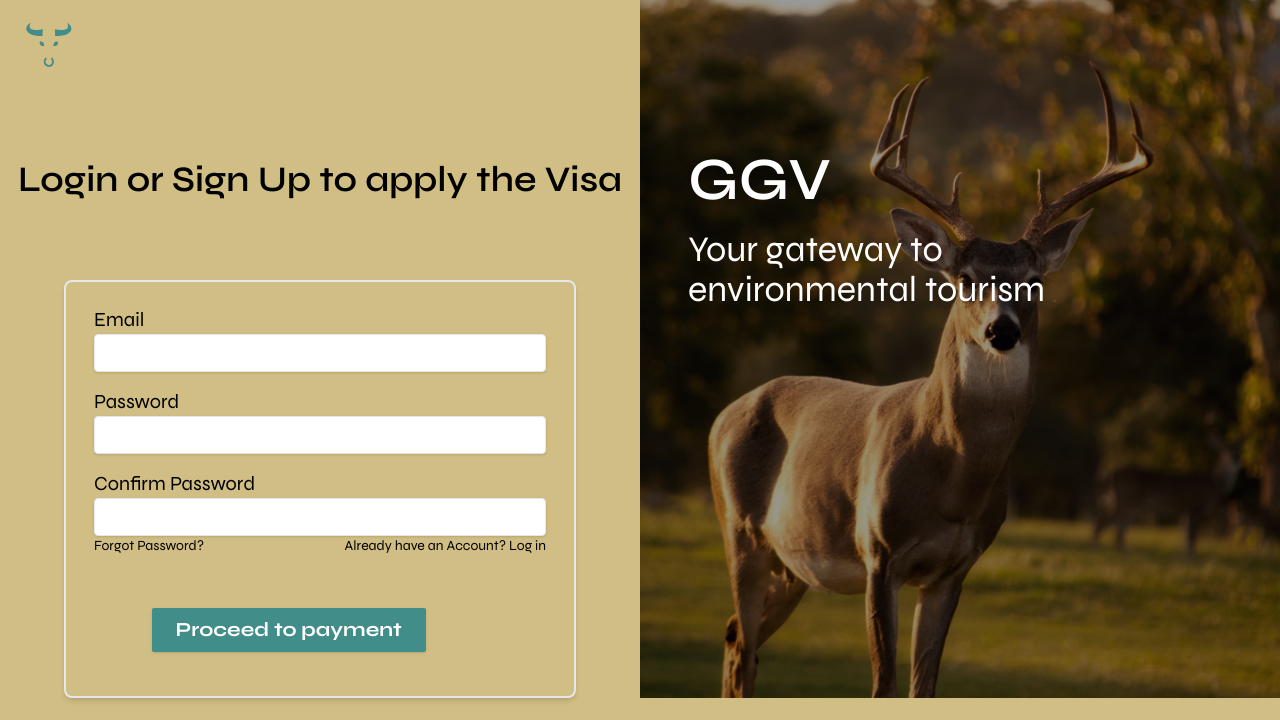
Repository: EngrAhmadUmar/landing-page
Page: /register
The author's editor kept a copy of each file at every save. The page is drawn from the files as they stood at one save, then again after the next save.
The browser window is 1280 px wide. The pictures show the whole page.
The project was rebuilt for these pictures with package versions that can differ from the ones it lists, and the page was loaded fresh each time. The framework's server and built-in components were replaced by stand-ins that run in the browser. Also part of the build but not shown: next.config.js, styles/Home.module.css, src/Components/ApplyPageComponents/ApplyForm.jsx, src/Components/ApplyPageComponents/LoginForm.jsx.

Above is the page before, as saved 2022-07-06 11:39:27.

### pages/_app.js
import "../styles/globals.css";
import { ApolloClient, InMemoryCache, ApolloProvider } from "@apollo/client";

//apollo clients
const client = new ApolloClient({
  uri: "http://localhost:1337/graphql",
  cache: new InMemoryCache()
});

function MyApp({ Component, pageProps }) {
  return (
    <ApolloProvider client={client}>
      <Component {...pageProps} />
    </ApolloProvider>
  );
}

export default MyApp;

### pages/register.js
import React from "react";
import { RegisterForm } from "../src/Components/ApplyPageComponents/Index";

export default function Login() {
  return (
    <React.Fragment>
      <div className="bg-[#d1be84] h-[100vh]">
        <RegisterForm />
      </div>
    </React.Fragment>
  );
}

### styles/globals.css
@import url("https://fonts.googleapis.com/css2?family=Poppins:wght@400;500;600&family=Syne:wght@400;500;600;700&display=swap");

@tailwind base;
@tailwind components;
@tailwind utilities;

### src/Components/ApplyPageComponents/Index.jsx
export { default as ApplyForm } from "./ApplyForm";
export { default as LoginForm } from "./LoginForm";
export { default as RegisterForm } from "./RegisterForm";

### src/Components/ApplyPageComponents/RegisterForm.jsx
import { gql, useMutation } from "@apollo/client";
import Head from "next/head";
import Image from "next/image";
import { useState, useRef } from "react";
import styles from "../../../styles/Home.module.css";

const reg = gql`
  mutation joinUs($username: String!, $email: String!, $password: String!) {
    register(input: { email: $email, password: $password }) {
      jwt
      user {
        id
        email
      }
    }
  }
`;

const JoinUs = () => {
  const emailInputRef = useRef();
  const passwordInputRef = useRef();
  const confirmPasswordInputRef = useRef();

  const [email, setEmail] = useState("");
  const onChangeEmail = (e) => {
    setEmail(e.target.value);
  };
  const [password, setPassword] = useState("");
  const onChangePassword = (e) => {
    setPassword(e.target.value);
  };

  const [confirmPassowrd, setConfirmPassword] = useState("");
  const confirmPasswordChangeHandler = (event) => {
    setConfirmPassword(event.target.value);
  };
  const [joinUs, { data, loading, error }] = useMutation(reg, {
    variables: {
      email: email,
      password: password
    }
  });

  const onSubmit = (e) => {
    e.preventDefault();
    if (email === "" || password === "") {
      return alert("please fill in all fields");
    }

    // check if the password match
    if (
      passwordInputRef.current.value != confirmPasswordInputRef.current.value
    ) {
      return alert("Passwords must match");
    }
    joinUs(password, email);

    setEmail("");
    setPassword("");
    setConfirmPassword("");
  };

  return (
    <div className=" font-syne " id="joinUs">
      <Head>
        <title>Welcome to GGV</title>
        <meta name="description" content="Join Our Family" />
      </Head>
      <div className="font-syne bg-[#d1be84] bg-cover grid grid-col-1 md:grid-cols-2 2xl:h-[100vh]">
        <div className="">
          <div className="w-[50px] h-40 pt-5 ml-6">
            <Image
              src="/logo.svg"
              layout="responsive"
              width={5}
              height={5}
              opacity={100}
            />
          </div>
          <h3
            className={`${
              styles.headings
            }  ${"text-center text-3xl md:text-4xl mb-5 font-semibold"}`}
          >
            Login or Sign Up to apply the Visa
          </h3>
          <form
            onSubmit={onSubmit}
            className="shadow-md rounded-lg px-7 pt-6 pb-8 mt-[5rem] lg:mx-12 xl:mx-auto border-gray border-2 font-Syne md:max-w-lg"
          >
            <div className="mb-4">
              <label className="text-lg md:text-xl">Email</label>
              <input
                type="email"
                ref={emailInputRef}
                value={email}
                onChange={onChangeEmail}
                placeholder=""
                className="shadow appearance-none border rounded w-full py-2 px-3 text-gray-700 leading-tight focus:outline-none focus:shadow-outline"
              />
            </div>
            <div className="mb-4">
              <label className="text-lg md:text-xl">Password</label>
              <input
                type="password"
                ref={passwordInputRef}
                value={password}
                onChange={onChangePassword}
                placeholder=""
                className="shadow appearance-none border rounded w-full py-2 px-3 text-gray-700 leading-tight focus:outline-none focus:shadow-outline"
              />
            </div>
            <div className="">
              <label className="text-lg md:text-xl">Confirm Password</label>
              <input
                type="password"
                ref={confirmPasswordInputRef}
                value={confirmPassowrd}
                onChange={confirmPasswordChangeHandler}
                placeholder=""
                className="shadow appearance-none border rounded w-full py-2 px-3 text-gray-700 leading-tight focus:outline-none focus:shadow-outline"
              />
            </div>

            <div className="text-sm flex items-center justify-between">
              <h3>Forgot Password?</h3>
              <h3>Already have an Account? Log in</h3>
            </div>
            <div className="mt-5 ml-[8vh]">
              <button
                className="shadow focus:shadow-outline focus:outline-none text-white font-bold py-2 px-6 md:text-xl bg-[#418d89] rounded-sm mt-8 mb-3 py-1"
                onClick={onSubmit}
              >
                Proceed to payment
              </button>
            </div>
          </form>
        </div>

        <div className="md:flex hidden text-white bg-[url('/apply_for_visa_bg.png')]  bg-cover bg-no-repeat sm:bg-center md:bg-bottom lg:bg-bottom xl:bg-bottom 2xl:center">
          <div className="mt-[50px] md:mt-[150px] mx-4 md:mx-12">
            <h3 className="  text-4xl md:text-5xl lg:text-6xl font-semibold">
              GGV
            </h3>
            <p className="max-w-md md:max-w-xl text-2xl md:text-4xl mt-5">
              Your gateway to <br></br>environmental tourism
            </p>
          </div>
          <div></div>
        </div>
      </div>
      <>
        {data && (
          <div>
            <h1>Token: {data.register?.jwt}</h1>
            <span>UserID: {data.register.user?.id} </span>
            <span>UserEmail: {data.register.user?.email} </span>
          </div>
        )}
      </>
    </div>
  );
};

export default JoinUs;

### tailwind.config.js
/** @type {import('tailwindcss').Config} */
module.exports = {
  content: [
    "./pages/**/*.{js,ts,jsx,tsx}",
    "./components/**/*.{js,ts,jsx,tsx}",
    "./src/Components/**/*.{js,ts,jsx,tsx}"
  ],
  theme: {
    extend: {
      colors: {
        black: "#000107",
        green: "#418D89"
      },
      fontFamily: {
        syne: ["Syne"]
      }
    }
  },
  plugins: []
};

After the next save:
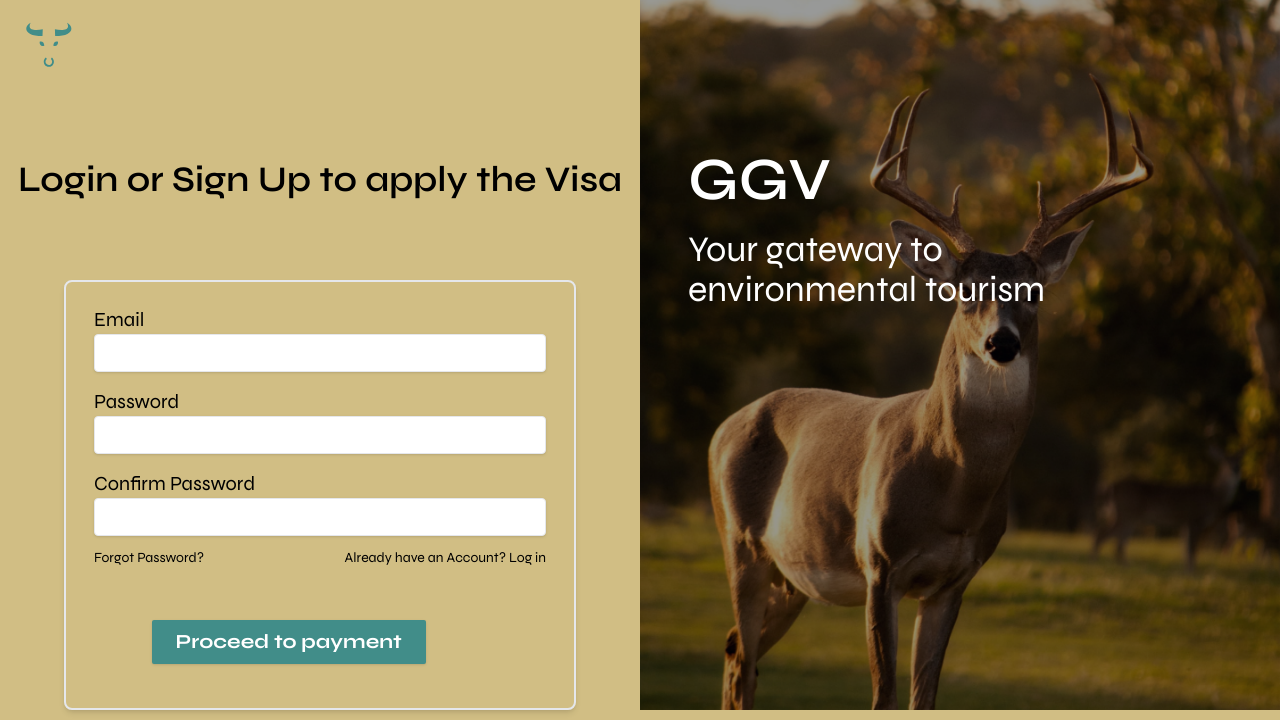
Saved 8 s later.
--- a/src/Components/ApplyPageComponents/RegisterForm.jsx
+++ b/src/Components/ApplyPageComponents/RegisterForm.jsx
@@ -122,7 +122,7 @@ const JoinUs = () => {
               />
             </div>
 
-            <div className="text-sm flex items-center justify-between">
+            <div className="text-sm flex items-center justify-between mt-3">
               <h3>Forgot Password?</h3>
               <h3>Already have an Account? Log in</h3>
             </div>
